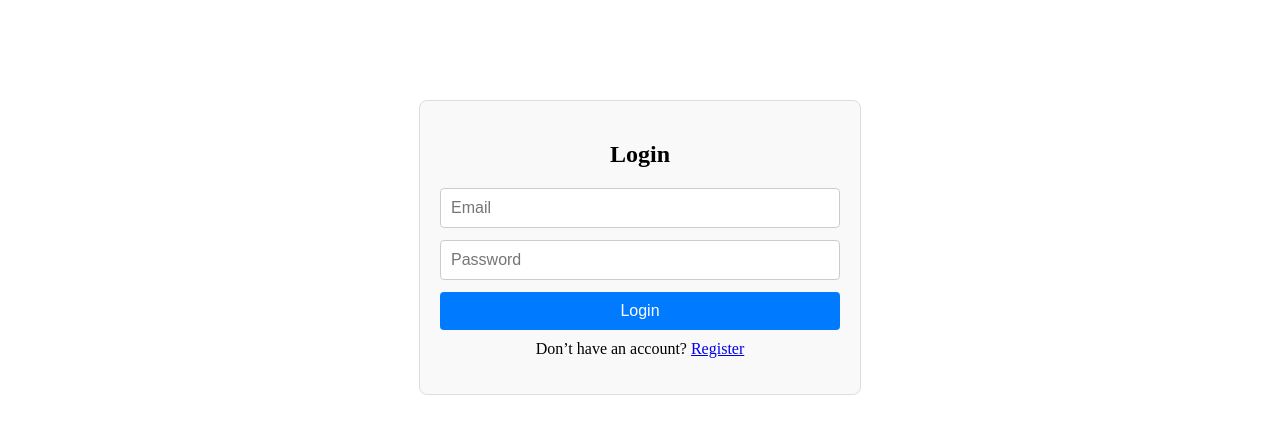
Repository: angad2803/Blood-Donor
Page: / (app in Client/)
An editor plug-in stored every save of this project. The page is shown before and after the next save, followed by the edit.
The browser window is 1280 px wide. The pictures show the whole page.
The project was rebuilt for these pictures with package versions that can differ from the ones it lists, and the page was loaded fresh each time. Also part of the build but not shown: Client/vite.config.js, Client/pages/Dashboard.jsx, Client/pages/CreateRequest.jsx, Client/pages/DonorsList.jsx, Client/pages/Register.jsx, Client/pages/RequestForm.jsx, Client/pages/NearbyRequests.jsx.

Above is the page before, as saved 2025-06-10 13:39:09.

### Client/src/main.jsx
import React from "react";
import ReactDOM from "react-dom/client";
import App from "./App.jsx";
import { AuthProvider } from "../context/AuthContext";

ReactDOM.createRoot(document.getElementById("root")).render(
  <React.StrictMode>
    <AuthProvider>
      <App />
    </AuthProvider>
  </React.StrictMode>
);

### Client/src/App.jsx
import React, { useContext } from "react";
import {
  BrowserRouter as Router,
  Routes,
  Route,
  Navigate,
} from "react-router-dom";

import Login from "../components/Login";
import { AuthContext } from "../context/AuthContext";
import Dashboard from "../pages/Dashboard";
import CreateRequest from "../pages/CreateRequest";
import DonorList from "../pages/DonorsList";
import Register from "../pages/Register";
import RequestForm from "../pages/RequestForm";
import NearbyRequests from "../pages/NearbyRequests";
import { ToastContainer } from "react-toastify";
import "react-toastify/dist/ReactToastify.css";

function App() {
  const { token } = useContext(AuthContext);

  // Protected route wrapper
  const PrivateRoute = ({ children }) => {
    return token ? children : <Navigate to="/login" />;
  };

  return (
    <Router>
      <>
        <Routes>
          <Route path="/login" element={<Login />} />
          <Route path="/register" element={<Register />} />

          {/* Protected routes */}
          <Route
            path="/dashboard"
            element={
              <PrivateRoute>
                <Dashboard />
              </PrivateRoute>
            }
          />
          <Route path="/request" element={<RequestForm />} />
          <Route path="/nearby" element={<NearbyRequests />} />

          <Route
            path="/create-request"
            element={
              <PrivateRoute>
                <CreateRequest />
              </PrivateRoute>
            }
          />
          <Route
            path="/donors"
            element={
              <PrivateRoute>
                <DonorList />
              </PrivateRoute>
            }
          />

          {/* Default redirect */}
          <Route
            path="/"
            element={
              token ? <Navigate to="/dashboard" /> : <Navigate to="/login" />
            }
          />
        </Routes>
        <ToastContainer position="top-right" autoClose={3000} />
      </>
    </Router>
  );
}

export default App;

### Client/context/AuthContext.jsx
import React, { createContext, useState, useEffect } from "react";
import api from "../api/api.js";

export const AuthContext = createContext();

export const AuthProvider = ({ children }) => {
  const [user, setUser] = useState(null);
  const [token, setToken] = useState(null); // ✅ Define token state

  // Load user and token from localStorage on mount
  useEffect(() => {
    const storedToken = localStorage.getItem("token");
    const storedUser = localStorage.getItem("user");

    if (storedToken && storedUser) {
      setUser(JSON.parse(storedUser));
      setToken(storedToken); // ✅ Update token state
      api.defaults.headers.common["Authorization"] = `Bearer ${storedToken}`;
    }
  }, []);

  // Login function
  const login = async (email, password) => {
    try {
      const res = await api.post("/auth/login", { email, password });

      const { token, user } = res.data;

      // Save to localStorage
      localStorage.setItem("token", token);
      localStorage.setItem("user", JSON.stringify(user));

      // Set token for future requests
      api.defaults.headers.common["Authorization"] = `Bearer ${token}`;

      // Update context
      setUser(user);
      setToken(token); // ✅ Set token state

      return { success: true };
    } catch (err) {
      return {
        success: false,
        message: err.response?.data?.message || "Login failed",
      };
    }
  };

  // Logout function
  const logout = () => {
    localStorage.removeItem("token");
    localStorage.removeItem("user");
    delete api.defaults.headers.common["Authorization"];
    setUser(null);
    setToken(null); // ✅ Clear token state
  };

  return (
    <AuthContext.Provider value={{ user, token, login, logout }}>
      {children}
    </AuthContext.Provider>
  );
};

### Client/components/Login.jsx
import React, { useState, useContext } from "react";
import { AuthContext } from "../context/AuthContext";
import { useNavigate, Link } from "react-router-dom";
import api from "../api/api"; // Axios instance

const Login = () => {
  const { login } = useContext(AuthContext);
  const navigate = useNavigate();

  const [email, setEmail] = useState("");
  const [password, setPassword] = useState("");
  const [error, setError] = useState("");
  const [loading, setLoading] = useState(false);

  const handleSubmit = async (e) => {
    e.preventDefault();
    setError("");
    setLoading(true);

    console.log("Submitting login for:", email); // ✅ Log email input

    const result = await login(email, password);
    console.log("Login result:", result); // ✅ Log result returned from login()

    if (result.success) {
      console.log("Navigating to /dashboard"); // ✅ Log before navigation
      navigate("/dashboard");
    } else {
      console.log("Login failed:", result.message); // ✅ Log the error message
      setError(result.message || "Login failed");
    }

    setLoading(false);
  };

  return (
    <div style={styles.container}>
      <h2 style={styles.title}>Login</h2>
      <form onSubmit={handleSubmit} style={styles.form}>
        <input
          type="email"
          placeholder="Email"
          value={email}
          onChange={(e) => setEmail(e.target.value)}
          required
          style={styles.input}
        />
        <input
          type="password"
          placeholder="Password"
          value={password}
          onChange={(e) => setPassword(e.target.value)}
          required
          style={styles.input}
        />
        <button type="submit" style={styles.button} disabled={loading}>
          {loading ? "Logging in..." : "Login"}
        </button>
        {error && <p style={styles.error}>{error}</p>}
        <p style={{ marginTop: "10px" }}>
          Don’t have an account? <Link to="/register">Register</Link>
        </p>
      </form>
    </div>
  );
};

const styles = {
  container: {
    maxWidth: "400px",
    margin: "100px auto",
    padding: "20px",
    border: "1px solid #ddd",
    borderRadius: "8px",
    textAlign: "center",
    backgroundColor: "#f9f9f9",
  },
  title: {
    marginBottom: "20px",
  },
  form: {
    display: "flex",
    flexDirection: "column",
  },
  input: {
    padding: "10px",
    marginBottom: "12px",
    borderRadius: "4px",
    border: "1px solid #ccc",
    fontSize: "16px",
  },
  button: {
    padding: "10px",
    fontSize: "16px",
    backgroundColor: "#007bff",
    color: "#fff",
    border: "none",
    borderRadius: "4px",
    cursor: "pointer",
  },
  error: {
    color: "red",
    marginTop: "10px",
  },
};

export default Login;

### Client/api/api.js
import axios from "axios";

const API = axios.create({
  baseURL: "http://localhost:5000/api", // your backend URL
});

// Add token to headers automatically if logged in
API.interceptors.request.use((config) => {
  const token = localStorage.getItem("token");
  if (token) {
    config.headers.Authorization = `Bearer ${token}`;
  }
  return config;
});

export default API;

Loaded but not shown: Client/index.html (common file); Client/src/index.css (common file)

After the next save:
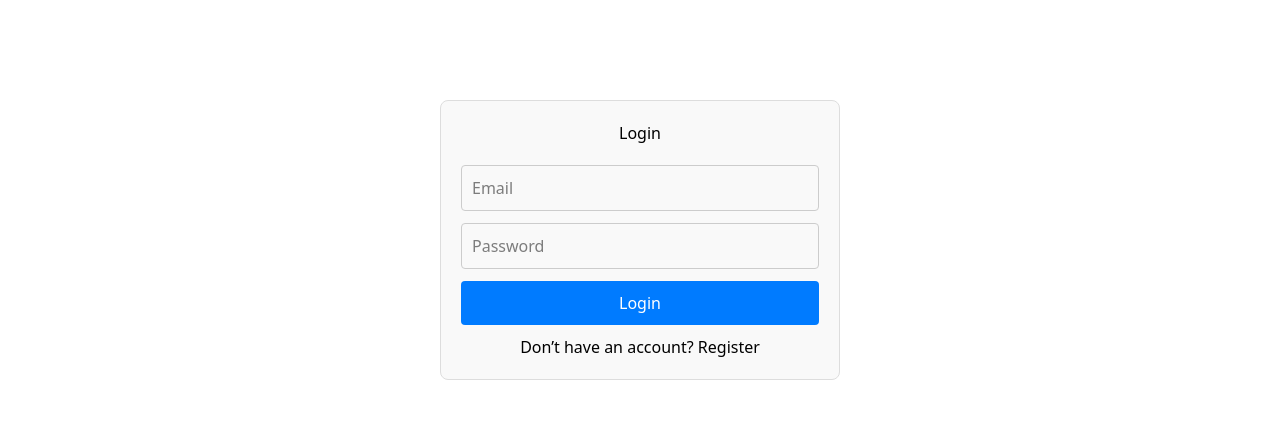
Saved 21 s later.
--- a/Client/src/main.jsx
+++ b/Client/src/main.jsx
@@ -2,6 +2,7 @@ import React from "react";
 import ReactDOM from "react-dom/client";
 import App from "./App.jsx";
 import { AuthProvider } from "../context/AuthContext";
+import "./index.css";
 
 ReactDOM.createRoot(document.getElementById("root")).render(
   <React.StrictMode>
